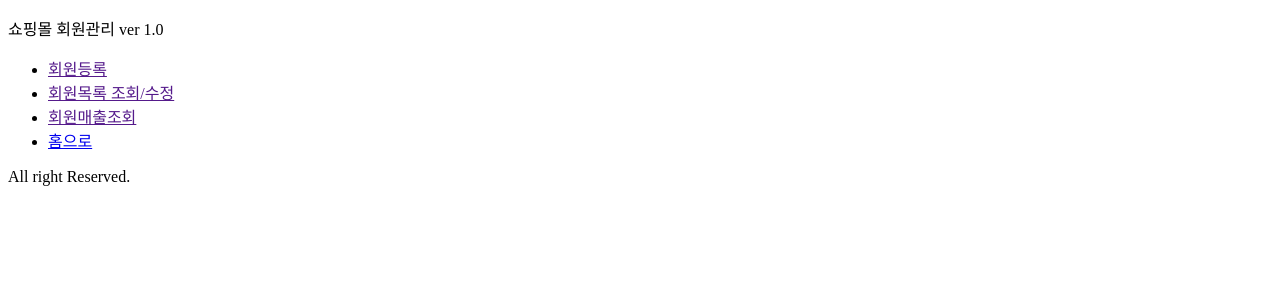
Repository: foodduck/HRD_exam
Page: http://localhost/HRD_1234/
The author's editor kept a copy of each file at every save. The page is drawn from the files as they stood at one save, then again after the next save.
The browser window is 1280 px wide. The pictures show the whole page.
The page is served by Tomcat 9.

Above is the page before, as saved 2022-02-11 08:23:58.

After the next save:
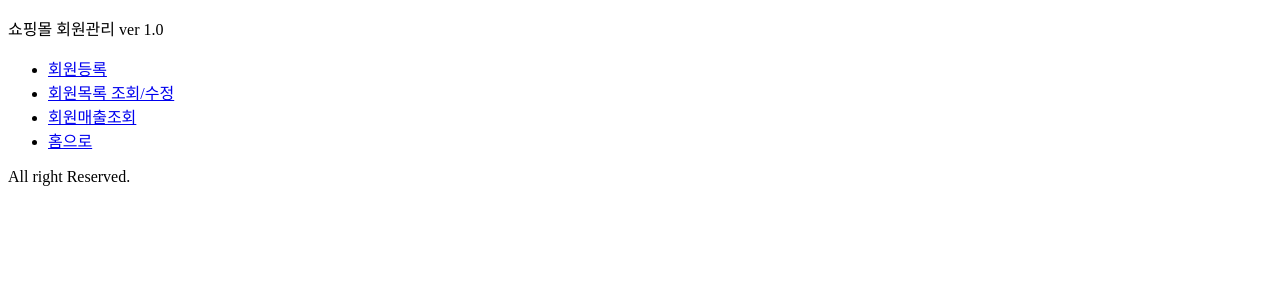
Saved 1 s later.
--- a/HRD_1234/WebContent/index.jsp
+++ b/HRD_1234/WebContent/index.jsp
@@ -15,14 +15,16 @@
 	</header>
 	<nav>
 	<ul class="tnb">
-		<li><a href="">회원등록</a></li>
-		<li><a href="">회원목록 조회/수정</a></li>
-		<li><a href="">회원매출조회</a></li>
+		<li><a href="register.jsp">회원등록</a></li>
+		<li><a href="memberList.jsp">회원목록 조회/수정</a></li>
+		<li><a href="memberSales">회원매출조회</a></li>
 		<li><a href="index.jsp">홈으로</a></li>
 	</ul>
 	</nav>
-	<section>
+	<section class="sec">
+		<div class="sec_wrap">
 
+		</div>
 	</section>
 	<footer class="ft">
 	<div class="ft_wrap">
